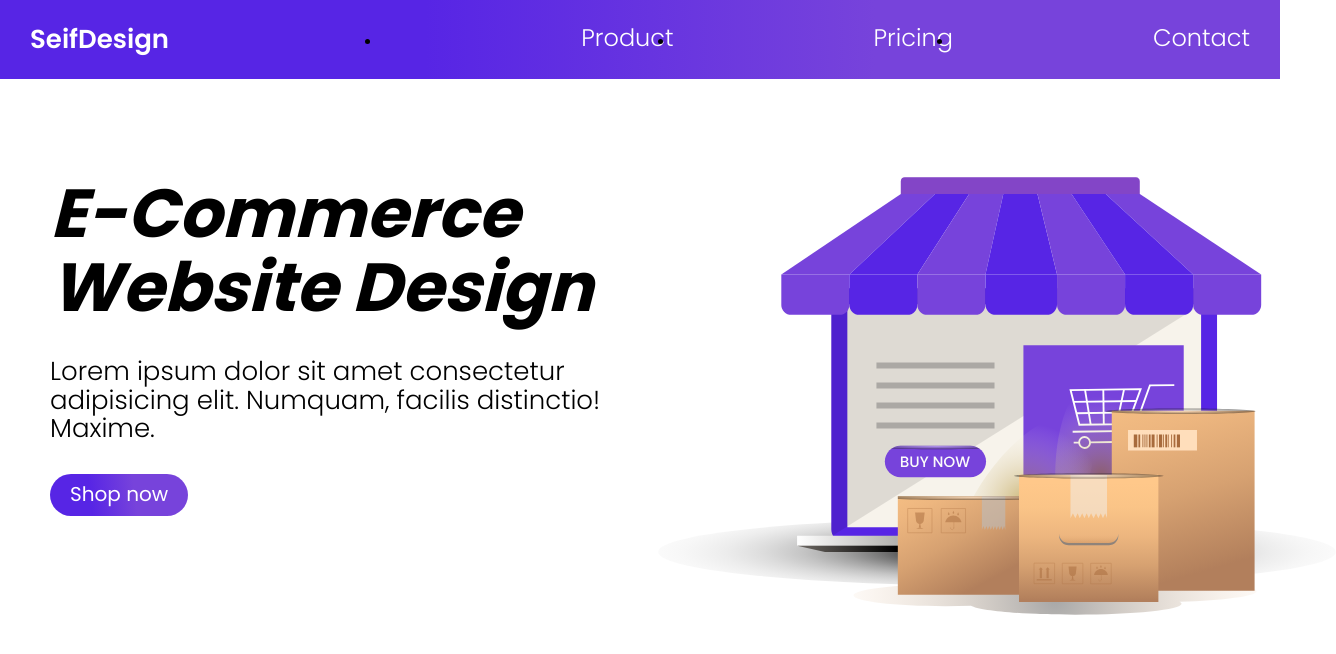
Repository: MehdiKerimov/figma-task-19
Page: pages/homePage/index.html
An editor plug-in stored every save of this project. The page is shown before and after a run of saves, followed by the edit.
The browser window is 1280 px wide. The page is 1336 px wide, so the pictures cover 1336 px, including what lies to the right of the window. The pictures show the whole page.
The style sheet was rebuilt from its Sass, Less or Tailwind sources for each picture, by a compiler version that may differ from the author's.

Above is the page before, as saved 2024-01-20 15:38:10.

### pages/homePage/index.html
<!DOCTYPE html>
<html lang="en">
  <head>
    <meta charset="UTF-8" />
    <meta name="viewport" content="width=device-width, initial-scale=1.0" />
    <title>Document</title>
    <link rel="stylesheet" href="../../assets/css/reset.css" />
    <link rel="stylesheet" href="index.css" />
  </head>
  <body>
    <div class="container">
      <nav>
        <h1>SeifDesign</h1>
        <ul>
          <li>
                    <a href="">Product</a>

          </li>
          <li>
                    <a href="">Pricing</a>

          </li>
          <li>        <a href="">Contact</a>
</li>
        </ul>

        <button class="open-btn">
          <svg xmlns="http://www.w3.org/2000/svg" width="37" height="38" viewBox="0 0 37 38" fill="none">
            <rect y="9.5" width="37" height="3" rx="1.5" fill="#D9D9D9"/>
            <rect y="17.5" width="37" height="3" rx="1.5" fill="#D9D9D9"/>
            <rect y="25.5" width="37" height="3" rx="1.5" fill="#D9D9D9"/>
          </svg>
        </button>
      </nav>
      <main>
        <div class="left-container">
          <h2>E-Commerce Website Design</h2>
          <p>
            Lorem ipsum dolor sit amet consectetur adipisicing elit. Numquam,
            facilis distinctio! Maxime.
          </p>
          <button><a href="">Shop now</a></button>
        </div>

        <img src="../../assets/images/Group (3).svg" alt="" />
      </main>
    </div>
  </body>
</html>

### assets/css/reset.css
*{
    margin: 0;
    padding: 0;
    box-sizing: border-box;
}

button{
    border: none;
    background: none;
}
a{
    text-decoration: none;
}

### pages/homePage/index.scss
@import url("https://fonts.googleapis.com/css2?family=Poppins:wght@300;400;600;700&display=swap");
.container {
  min-height: 100vh;
  /* padding: 30px 30px 43px 30px; */
  nav {
    padding: 20px 30px;
    display: flex;
    justify-content: space-between;
    background: linear-gradient(270deg, #7743db 31.64%, #5725e5 66.78%);
    h1 {
      color: #fff;
      font-family: Poppins;
      font-size: 26px;
      font-style: normal;
      font-weight: 600;
      line-height: normal;
    }
    ul{
      display: flex;
      @media screen and (max-width:1024px) {
      display: none;;
      }
      a {
        text-decoration: none;
        margin-left: 200px;
        color: #fff;
        text-align: center;
        font-family: Poppins;
        font-size: 24px;
        font-style: normal;
        font-weight: 300;
        line-height: normal;
      }
    }
.open-btn{
display: none;
@media screen and (max-width:1024px) {
display: block;
}
}
  }
  main {
    display: flex;
    padding: 98px 50px 43px 50px;
    @media screen and (max-width:1024px) {
      flex-direction: column-reverse;
    }
    h2 {
      width: 608px;
      font-family: Poppins;
      font-size: 68px;
      font-style: italic;
      font-weight: 700;
      line-height: 109%;
    }
    p {
      margin-top: 32px;
      margin-bottom: 32px;
      width: 608px;
      color: #000;
      font-family: Poppins;
      font-size: 26px;
      font-style: normal;
      font-weight: 300;
      line-height: 109%;
    }
    button {
      padding: 10px 20px;
      border-radius: 25px;
      background: linear-gradient(263deg, #7743db 38.81%, #5725e5 70.24%);
      a {
        color: #fff;
        font-family: Poppins;
        font-size: 20px;
        font-style: normal;
        font-weight: 400;
        line-height: 109%;
      }
    }
  }
}

After the next 2 saves:
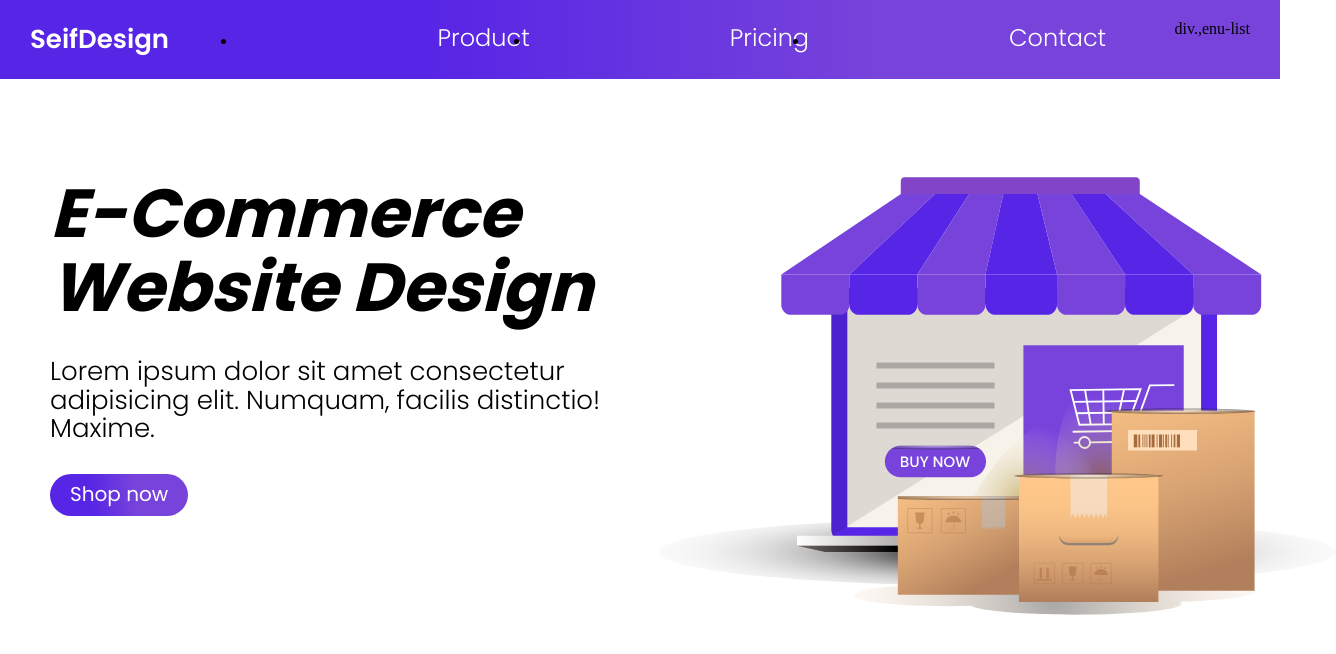
The 2 saves are shown as one change because they came seconds apart.
The last was saved 8 s later.
--- a/pages/homePage/index.html
+++ b/pages/homePage/index.html
@@ -23,7 +23,7 @@
           <li>        <a href="">Contact</a>
 </li>
         </ul>
-
+        div.,enu-list
         <button class="open-btn">
           <svg xmlns="http://www.w3.org/2000/svg" width="37" height="38" viewBox="0 0 37 38" fill="none">
             <rect y="9.5" width="37" height="3" rx="1.5" fill="#D9D9D9"/>
